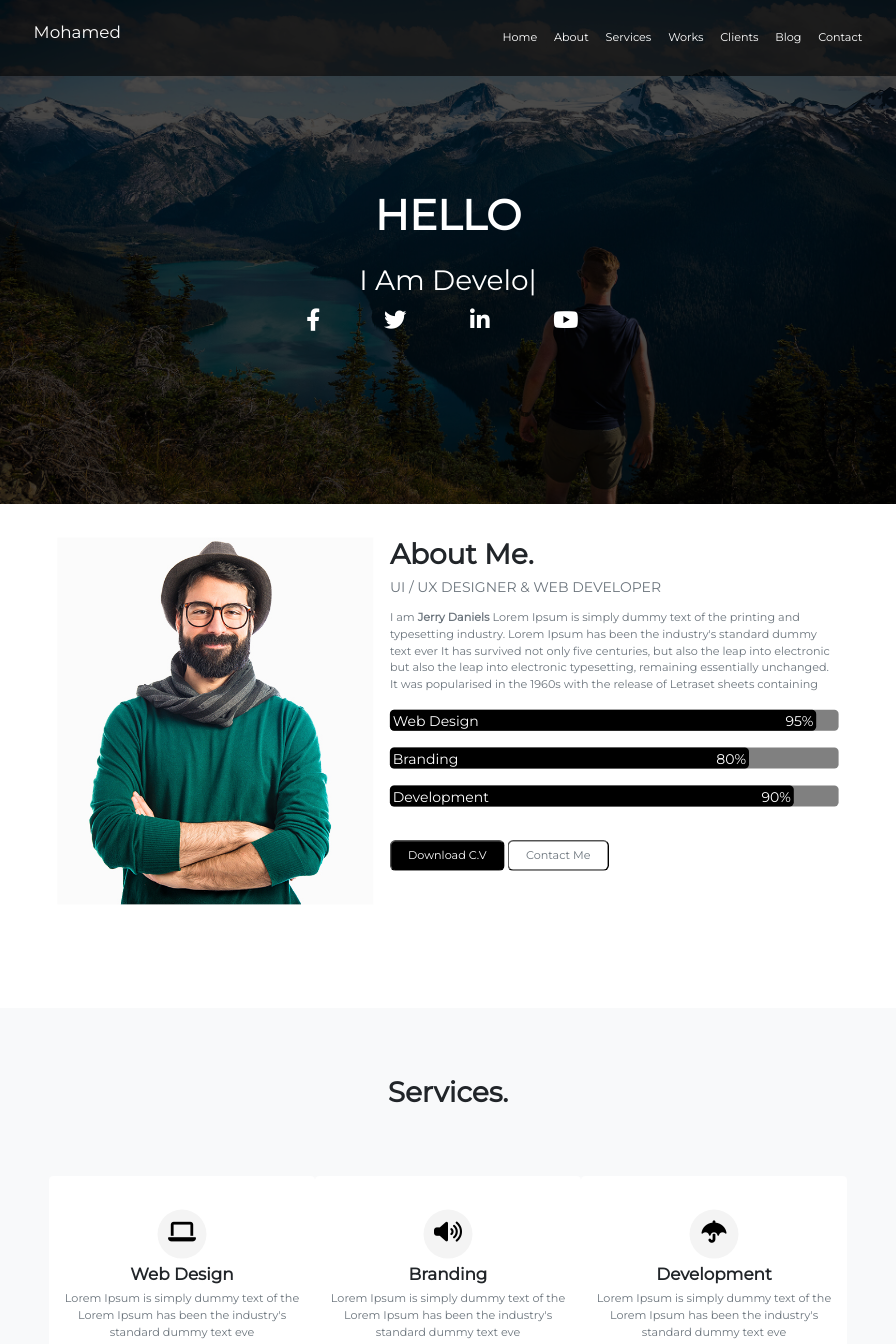
Repository: Souldeer0020/daniels-portofolio
Page: index.html
The author's editor kept a copy of each file at every save. The page is drawn from the files as they stood at one save, then again after the next save.
The browser window is 1280 px wide. The pictures show the part of the page from y = 0 to 1920 px (the page is 5468 px tall), at 70% of full size.

Above is the page before, as saved 2025-12-27 21:08:15.

After the next save:
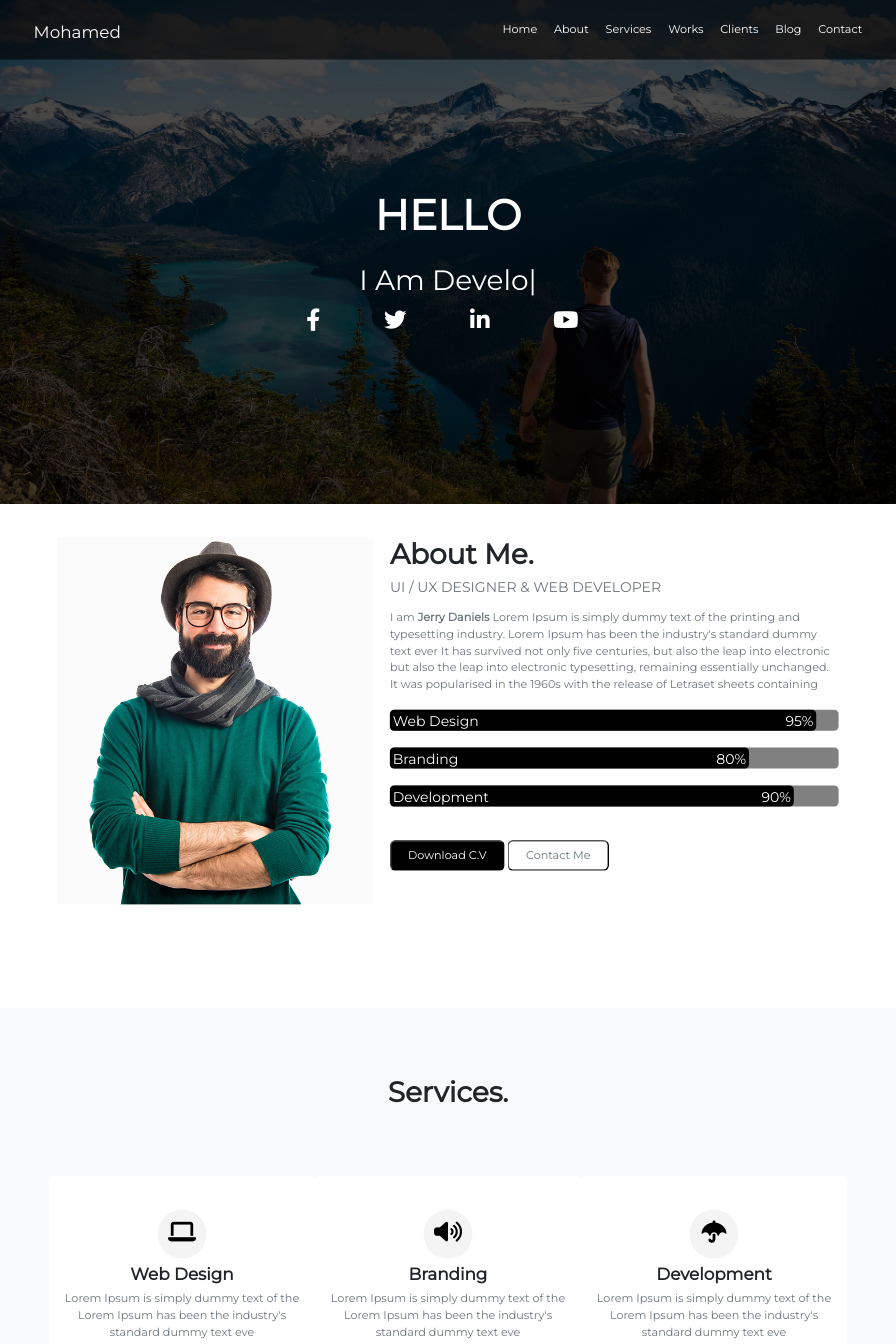
Saved 12 s later.
--- a/index.html
+++ b/index.html
@@ -9,7 +9,7 @@
     <header class="vh-100 w-100 " id="home">
         <div class="layout vh-100 w-100 d-flex justify-content-center align-items-center position-relative">
             <nav class="position-fixed pt-md-3 top-0 start-0 end-0 d-flex align-items-center justify-content-between">
-                <a href="#home"><h1 class="px-md-5 pt-md-3 mb-5">Mohamed</h1></a>
+                <a href="#home"><h1 class="px-md-5 pt-md-3 mb-4">Mohamed</h1></a>
                 <ul class="d-flex align-items-center pe-md-4">
                     <li class="pe-md-4 "><a href="#home">Home</a></li>
 
